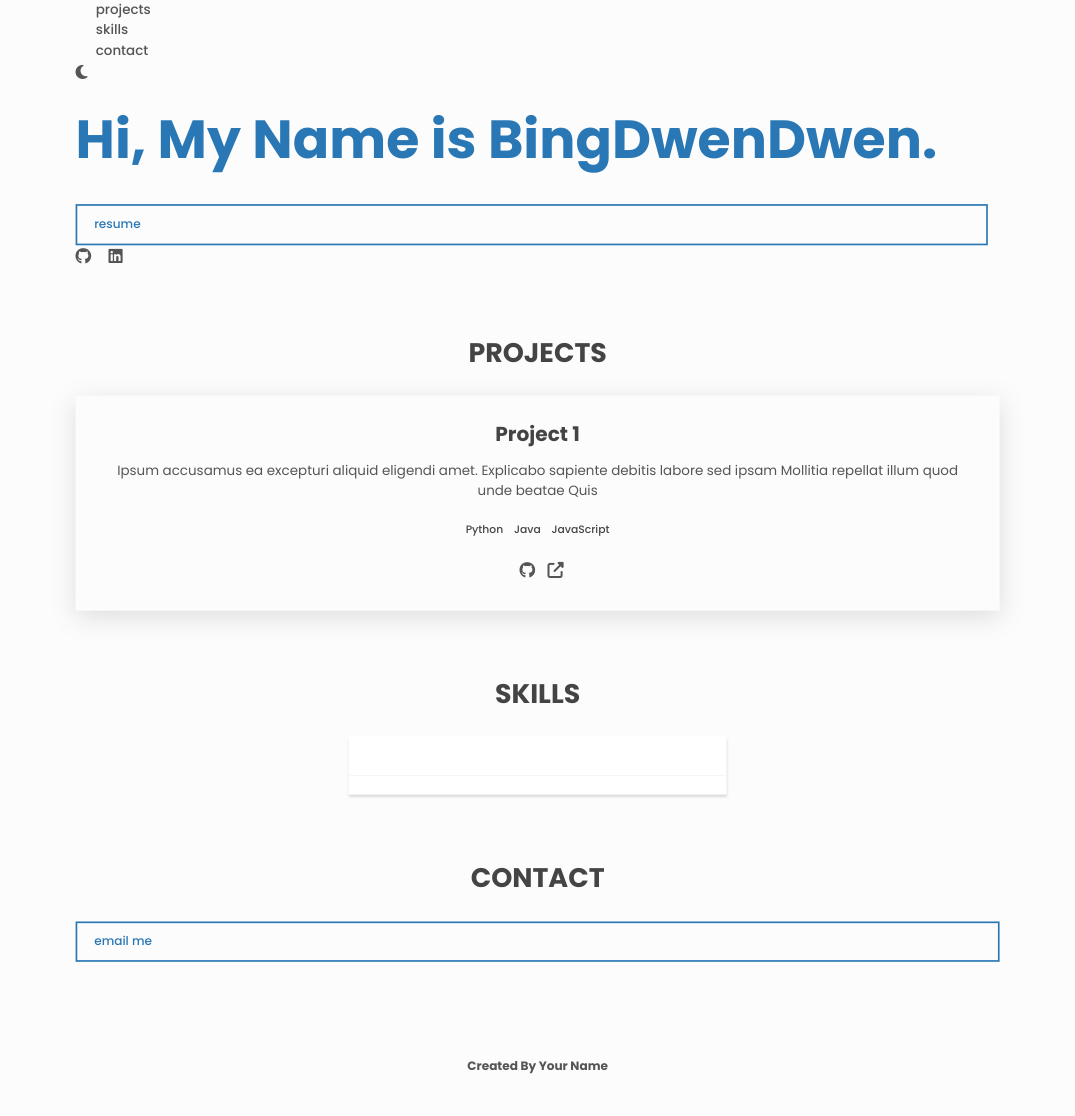
Repository: indiansummer1022/Cubstart
Page: Web Track/hw1/index.html
The author's editor kept a copy of each file at every save. The page is drawn from the files as they stood at one save, then again after the next save.
The browser window is 1280 px wide. The pictures show the whole page, at 84% of full size.
Some web libraries are served in a nearby version.

Above is the page before, as saved 2022-02-15 21:10:07.

### Web Track/hw1/index.html
<!DOCTYPE html>
<html lang="en">

<head>
  <meta charset="UTF-8" />
  <meta name="viewport" content="width=device-width, initial-scale=1" />
  <meta name="description" content="Portfolio" />
  <link rel="preconnect" href="https://fonts.googleapis.com" />
  <link rel="preconnect" href="https://fonts.gstatic.com" crossorigin />
  <link href="https://fonts.googleapis.com/css2?family=Poppins:wght@400;500;700&display=swap" rel="stylesheet" />
  <script src="https://kit.fontawesome.com/fa62c117c7.js" crossorigin="anonymous"></script>
  <!-- BEGIN PART 1 -->
  <link rel="stylesheet" href ="styles.css">
  <title>Vanessa Wu</title>
  <!-- END PART 1 -->
</head>

<body class="light" id="top">
  <header class="header center">
    <!-- BEGIN PART 2 -->
    <h3>
        <a href="index.html"></a>
    </h3>
    <!-- END PART 2 -->
    <nav class="nav center">
      <ul class="nav__list center">
        <li class="nav__list-item">
          <a class="link link--nav" href="#projects">Projects</a>
        </li>
        <li class="nav__list-item">
          <a class="link link--nav" href="#skills">Skills</a>
        </li>
        <li class="nav__list-item">
          <a class="link link--nav" href="#contact">Contact</a>
        </li>
      </ul>

      <!-- BEGIN PART 5 -->

      <button type="button" aria-label="toggle theme" class="btn btn--icon">
        <i id="btn-theme" class="fas fa-moon"></i>
      </button>

      <!--
        5.1: What does this button tag correspond to on the site?

        Corresponds to the moon icon on top left of the page which to change the light/ dark theme of the website.

      -->

      <button type="button" aria-label="toggle navigation" class="btn btn--icon nav__hamburger">
        <i class="fas fa-bars"></i>
      </button>

      <!--
        5.2: Try Ctrl-F in styles.css and look the class 'nav__hamburger'. You'll notice that it
        appears in 2 places. Why is one of the rules 'display: none' on one instance? How do you
        make it so that this button appears on screen?
        Hint: remember what @media (max-width: 600px) means.

        1. @media (max-width: 600px) is for mobile so hamburger is set to appear on the screen if it is the mobile version.
        The element is hidden if it is the desktop version. [referring: @hannahmcg]
        2. Change 'display: none' to flex so this button will appear.

      -->

      <!-- END PART 5 -->
    </nav>
  </header>

  <main>
    <div class="about center">
      <!-- BEGIN PART 6 -->
      <h1 class="about__name"> Hi, My Name is BingDwenDwen.</h1>
      <!-- END PART 6 -->
      <div class="about__contact center">
        <a href="https://example.com">
          <span class="btn btn--outline">Resume</span>
        </a>

        <a href="https://github.com/" aria-label="github" class="link link--icon">
          <i aria-hidden="true" class="fab fa-github"></i>
        </a>

        <a href="https://linkedin.com/in/" aria-label="linkedin" class="link link--icon">
          <i aria-hidden="true" class="fab fa-linkedin"></i>
        </a>
      </div>
    </div>
    <section id="projects" class="section projects">
      <h2 class="section__title">Projects</h2>
      <div class="projects__grid">
        <!-- BEGIN PART 8 -->
        <div class="project">
          <h3>Project 1</h3>
          <p class="project__description">
            Ipsum accusamus ea excepturi aliquid eligendi amet. Explicabo
            sapiente debitis labore sed ipsam Mollitia repellat illum quod
            unde beatae Quis
          </p>
          <ul class="project__stack">
            <li class="project__stack-item">Python</li>
            <li class="project__stack-item">Java</li>
            <li class="project__stack-item">JavaScript</li>
          </ul>

          <a href="https://github.com" aria-label="source code" class="link link--icon">
            <i aria-hidden="true" class="fab fa-github"></i>
          </a>
          <a href="https://example.com" aria-label="live preview" class="link link--icon">
            <i aria-hidden="true" class="fas fa-external-link-alt"></i>
          </a>
        </div>
        <!-- END PART 8 -->
      </div>
    </section>


    <section class="section skills" id="skills">
      <!-- BEGIN PART 10 -->
      <h2 class="section__title">Skills</h2>
      <ul class="skills__list">
        <li class="skills__list-item btn btn--plain"></li>
        <li class="skills__list-item btn btn--plain"></li>
        <li class="skills__list-item btn btn--plain"></li>
      </ul>
      <!-- END PART 10 -->
    </section>
    <section class="section contact center" id="contact">
      <h2 class="section__title">Contact</h2>
      <a href="mailto:youremail@gmail.com">
        <span class="btn btn--outline">Email me</span>
      </a>
    </section>
  </main>

  <footer class="footer">
    <!-- BEGIN PART 12 -->
    <a href="/" class="link footer__link">
      Created By Your Name
    </a>
    <!-- END PART 12 -->
  </footer>


  <div class="scroll-container">
    <div class="scroll-top">
      <a aria-label="Scroll up" href="#top">
        <i aria-hidden="true" class="fas fa-arrow-up"></i>
      </a>
    </div>
  </div>
  <script src="./script.js"></script>
</body>

</html>

### Web Track/hw1/styles.css
/*===============
  global styles
===============*/

* {
  padding: 0;
  margin: 0;
  border: 0;
  outline: 0;
  background-color: inherit;
  color: inherit;
  font-family: inherit;
  font-size: inherit;
  box-shadow: none;
  box-sizing: border-box;
}

html {
  scroll-behavior: smooth;
}

body {
  font-family: "Poppins", sans-serif;
  line-height: 1.5;
  color: var(--clr-fg);
  background-color: var(--clr-bg);
}

.light {
  --clr-bg: #fcfcfc;
  --clr-bg-alt: #fff;
  --clr-fg: #555;
  --clr-fg-alt: #444;
  --clr-primary: #2978b5;
  --shadow: rgba(100, 100, 111, 0.2) 0px 7px 29px 0px;
}

.dark {
  --clr-bg: #23283e;
  --clr-bg-alt: #2a2f4c;
  --clr-fg: #bdbddd;
  --clr-fg-alt: #cdcdff;
  --clr-primary: #90a0d9;
  --shadow: rgba(0, 0, 0, 0.16) 0px 10px 36px 0px,
    rgba(0, 0, 0, 0.06) 0px 0px 0px 1px;
}

::-moz-selection {
  background: var(--clr-primary);
  color: var(--clr-bg);
}

::-webkit-selection,
::selection {
  background: var(--clr-primary);
  color: var(--clr-bg);
}

h1,
h2,
h3,
h4 {
  line-height: 1.2;
  color: var(--clr-fg-alt);
}

h1 {
  font-size: 4rem;
}

h2 {
  font-size: 2rem;
}

h3 {
  font-size: 1.5rem;
}

h4 {
  font-size: 1.3rem;
}

ul {
  list-style-type: none;
}

a {
  text-decoration: none;
}

button {
  cursor: pointer;
}

@media (max-width: 900px) {
  h1 {
    font-size: 2.6rem;
  }
}

/*===================
  buttons and links
===================*/

.link {
  color: var(--clr-primary);
  padding: 0 0 0.3em 0;
  position: relative;
}

.link:hover {
  color: var(--clr-primary);
}

/* BEGIN PART 4 */

.link::before {
  content: "";
  display: inline;
  width: 0%;
  height: 0.2em;
  position: absolute;
  bottom: 0;
  background-color: var(--clr-primary);
  /* transition: */
}

.link:hover::before,
.link:focus::before {
  width: 100%;
  transition: property width, duration 5s, timing-function ease-in;
}

/* END PART 4 */

.link--nav {
  color: var(--clr-fg);
  text-transform: lowercase;
  font-weight: 500;
}

.link--icon {
  color: var(--clr-fg);
  font-size: 1.2rem;
}

.btn {
  display: block;
  padding: 0.8em 1.4em;
  font-weight: 500;
  font-size: 0.9rem;
  text-transform: lowercase;
  transition: transform 0.2s ease-in-out;
}

.btn--outline {
  color: var(--clr-primary);
  border: 2px solid var(--clr-primary);
  position: relative;
  overflow: hidden;
  z-index: 1;
}

.btn--outline:focus,
.btn--outline:hover {
  color: var(--clr-bg);
}

.btn--outline:before {
  content: "";
  position: absolute;
  background-color: var(--clr-primary);
  right: 100%;
  bottom: 0;
  left: 0;
  top: 0;
  z-index: -1;
  transition: right 0.2s ease-in-out;
}

.btn--outline:hover::before,
.btn--outline:focus::before {
  right: 0;
}

.btn--plain {
  text-transform: initial;
  background-color: var(--clr-bg-alt);
  box-shadow: rgba(0, 0, 0, 0.15) 0px 3px 3px 0px;
  border: 0;
}

.btn--plain:hover {
  transform: translateY(-4px);
}

.btn--icon {
  padding: 0;
  font-size: 1.2rem;
}

.btn--icon:hover,
.btn--icon:focus {
  color: var(--clr-primary);
}

.btn--icon:active {
  transform: translateY(-5px);
}

/*========
  layout
========*/

/* BEGIN PART 3 */

.center {
  justify-content: center;
  flex-direction: column;
}

.header {
  height: 8em;
  max-width: 1100px;
  width: 95%;
  margin: 0 auto;
  /* justify-content: */
  justify-content: space-around;
}

/* END PART 3 */

main {
  max-width: 1100px;
  width: 95%;
  margin: 0 auto;
}

.section {
  margin-top: 5em;
}

.section__title {
  text-align: center;
  margin-bottom: 1em;
  text-transform: uppercase;
}

.nav__list {
  margin-right: 1.5em;
  display: flex;
}

.nav__list-item {
  margin-left: 1.5em;
}

.nav__hamburger {
  display: none;
  width: 1em;
}

/* BEGIN PART 7 */

.about {
}

/* END PART 7 */

.about__name {
  color: var(--clr-primary);
}

.about__role {
  margin-top: 1.2em;
}

.about__desc {
  font-size: 1rem;
  max-width: 600px;
}

.about__desc,
.about__contact {
  margin-top: 2.4em;
}

.about .link--icon {
  margin-right: 0.8em;
}

.about .btn--outline {
  margin-right: 1em;
}

/* BEGIN PART 9 */

.projects__grid {
  max-width: 1100px;
  margin: 0 auto;
  /* display: */
  /* grid-template-columns: */
  /* grid-gap: */
}

/* END PART 9 */

.project {
  padding: 2em;
  margin: 0 auto;
  text-align: center;
  box-shadow: var(--shadow);
  transition: transform 0.2s linear;
}

.project:hover {
  transform: translateY(-7px);
}

.project__description {
  margin-top: 1em;
}

.project__stack {
  display: flex;
  flex-wrap: wrap;
  justify-content: center;
  margin: 1.2em 0;
}

.project__stack-item {
  margin: 0.5em;
  font-weight: 500;
  font-size: 0.8rem;
  color: var(--clr-fg-alt);
}

.project .link--icon {
  margin-left: 0.5em;
}

/* BEGIN PART 11 */

.skills__list {
  max-width: 450px;
  width: 95%;
  margin: 0 auto;
  /* display: */
  /* flex-wrap: */
  /* justify-content: */
}

.skills__list-item {
}

/* END PART 11 */

.contact {
  flex-direction: column;
}

.footer {
  padding: 3em 0;
  margin-top: 4em;
  text-align: center;
}

.footer__link {
  font-size: 0.9rem;
  font-weight: 700;
  color: var(--clr-fg);
}

.scroll-top {
  display: none;
  position: fixed;
  bottom: 1em;
  right: 2em;
  background-color: transparent;
  font-size: 1.8rem;
  transition: transform 0.2s ease-in-out;
}

@media (max-width: 600px) {
  .header {
    height: 6em;
  }

  .section {
    margin-top: 4em;
  }

  .nav__list {
    flex-direction: column;
    padding: 4em 0;
    position: absolute;
    right: 0;
    left: 0;
    top: 5em;
    background-color: var(--clr-bg);
    width: 0;
    overflow: hidden;
    transition: width 0.2s ease-in-out;
  }

  .display-nav-list {
    width: 100%;
  }

  .nav__list-item {
    margin: 0.5em 0;
  }

  .nav__hamburger {
    display: flex;
    margin-left: 0.8em;
  }

  .about {
    align-items: flex-start;
    margin-top: 2em;
  }

  .footer {
    padding: 2em;
    margin-top: 3em;
  }

  .scroll-container {
    display: none;
  }
}

### Web Track/hw1/script.js
const body = document.body

const btnTheme = document.querySelector('.fa-moon')
const btnHamburger = document.querySelector('.fa-bars')

const addThemeClass = (bodyClass, btnClass) => {
  body.classList.add(bodyClass)
  btnTheme.classList.add(btnClass)
}

const getBodyTheme = localStorage.getItem('portfolio-theme')
const getBtnTheme = localStorage.getItem('portfolio-btn-theme')

addThemeClass(getBodyTheme, getBtnTheme)

const isDark = () => body.classList.contains('dark')

const setTheme = (bodyClass, btnClass) => {

	body.classList.remove(localStorage.getItem('portfolio-theme'))
	btnTheme.classList.remove(localStorage.getItem('portfolio-btn-theme'))

  addThemeClass(bodyClass, btnClass)

	localStorage.setItem('portfolio-theme', bodyClass)
	localStorage.setItem('portfolio-btn-theme', btnClass)
}

const toggleTheme = () =>
	isDark() ? setTheme('light', 'fa-moon') : setTheme('dark', 'fa-sun')

btnTheme.addEventListener('click', toggleTheme)

const displayList = () => {
	const navUl = document.querySelector('.nav__list')

	if (btnHamburger.classList.contains('fa-bars')) {
		btnHamburger.classList.remove('fa-bars')
		btnHamburger.classList.add('fa-times')
		navUl.classList.add('display-nav-list')
	} else {
		btnHamburger.classList.remove('fa-times')
		btnHamburger.classList.add('fa-bars')
		navUl.classList.remove('display-nav-list')
	}
}

btnHamburger.addEventListener('click', displayList)

const scrollUp = () => {
	const btnScrollTop = document.querySelector('.scroll-top')

	if (
		body.scrollTop > 500 ||
		document.documentElement.scrollTop > 500
	) {
		btnScrollTop.style.display = 'block'
	} else {
		btnScrollTop.style.display = 'none'
	}
}

document.addEventListener('scroll', scrollUp)

After the next save:
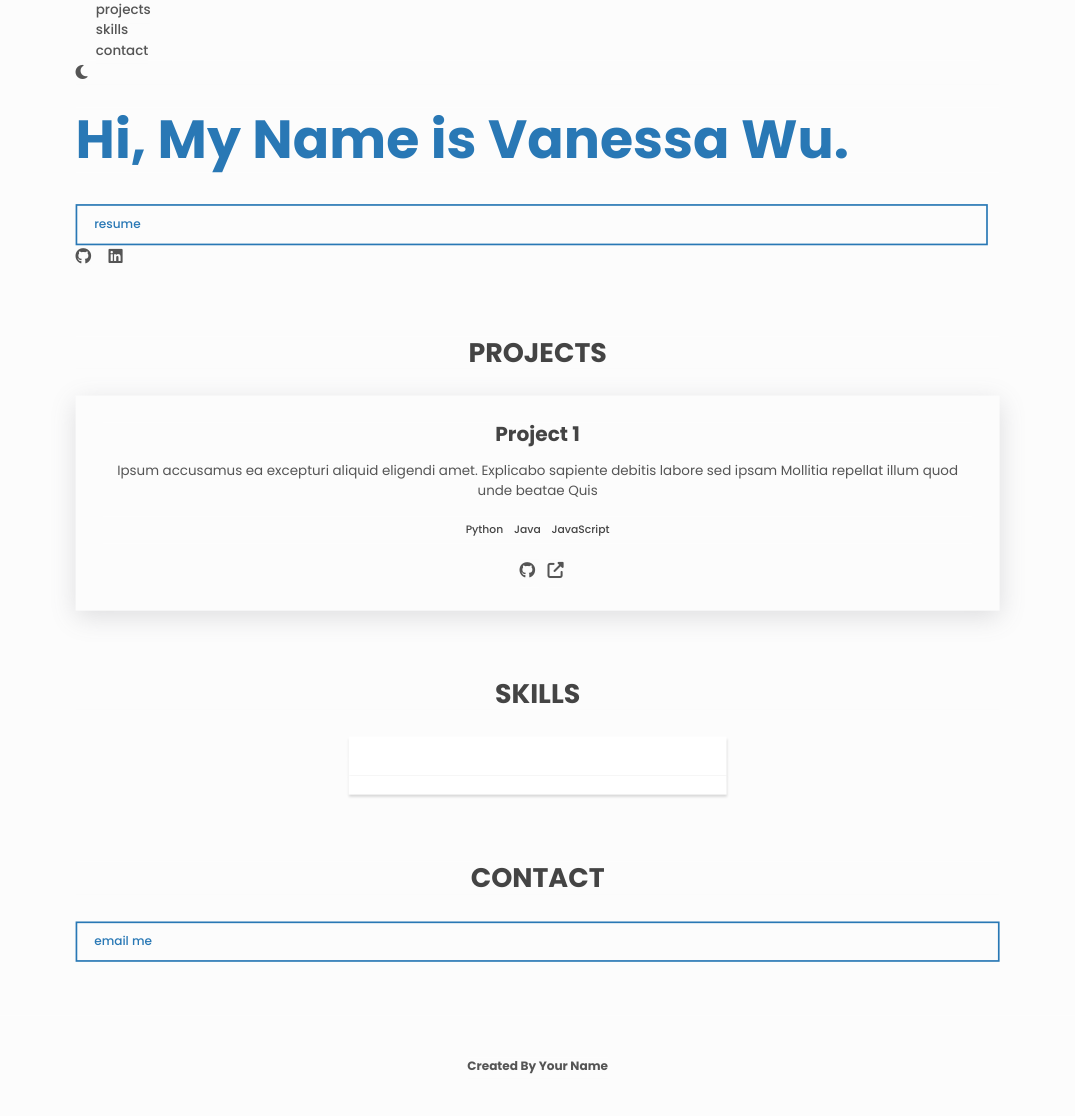
Saved 7 s later.
--- a/Web Track/hw1/index.html
+++ b/Web Track/hw1/index.html
@@ -71,7 +71,7 @@
   <main>
     <div class="about center">
       <!-- BEGIN PART 6 -->
-      <h1 class="about__name"> Hi, My Name is BingDwenDwen.</h1>
+      <h1 class="about__name"> Hi, My Name is Vanessa Wu.</h1>
       <!-- END PART 6 -->
       <div class="about__contact center">
         <a href="https://example.com">
